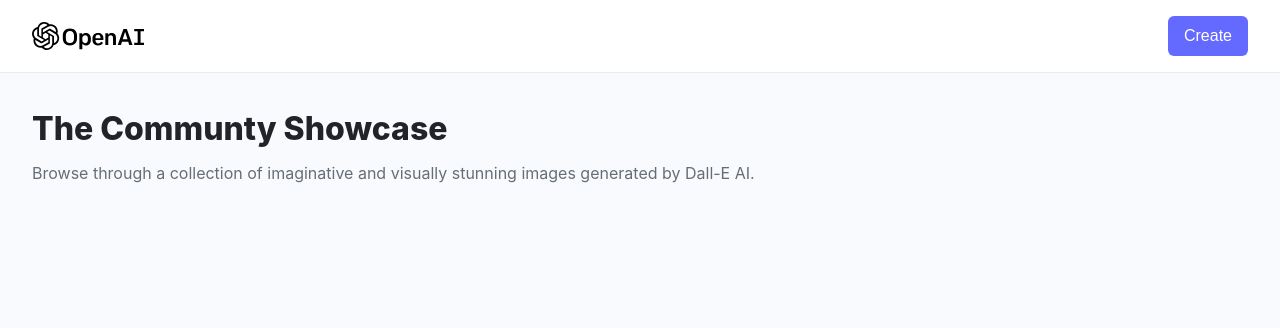
Repository: TheHumanistX/MERN-dall-e
Page: / (app in client/)
An editor plug-in stored every save of this project. The page is shown before and after the next save, followed by the edit.
The browser window is 1280 px wide. The pictures show the whole page.
Some web fonts or font styles are not loaded; a fallback is used. The project was rebuilt for these pictures with package versions that can differ from the ones it lists, and the page was loaded fresh each time. Also part of the build but not shown: client/vite.config.js, client/src/App.css, client/src/pages/CreatePost.jsx, client/src/components/Card.jsx.

Above is the page before, as saved 2023-08-11 13:15:24.

After the next save:
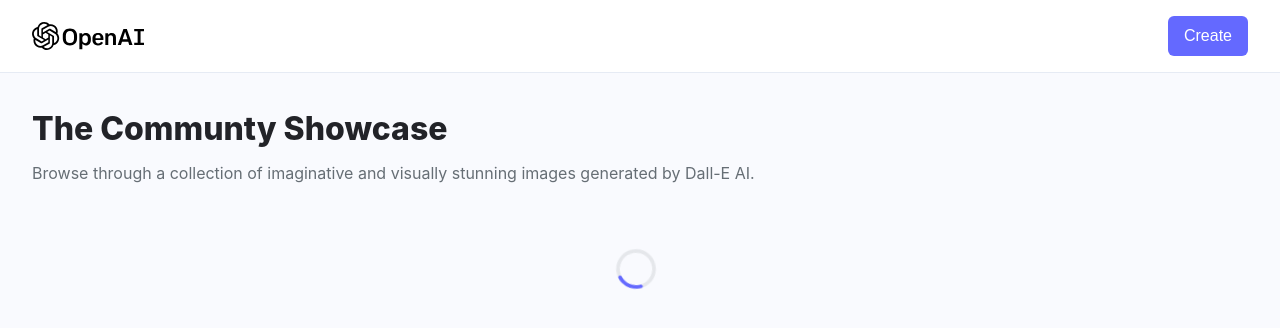
Saved 8 s later.
--- a/client/src/pages/Home.jsx
+++ b/client/src/pages/Home.jsx
@@ -4,7 +4,7 @@
 
 const Home = () => {
 
-    const [loading, setLoading] = useState(false)
+    const [loading, setLoading] = useState(true)
     const [allPosts, setAllPosts] = useState(null)
 
 

After the save that followed:
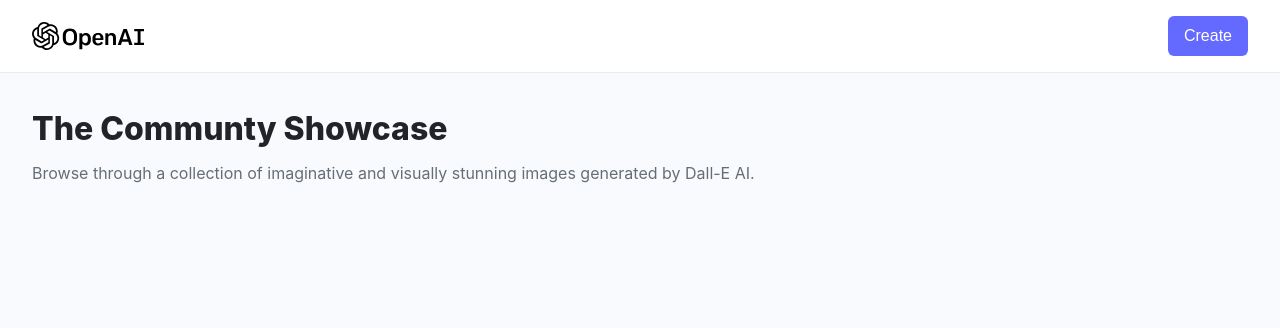
Saved 9 s later.
--- a/client/src/pages/Home.jsx
+++ b/client/src/pages/Home.jsx
@@ -4,7 +4,7 @@
 
 const Home = () => {
 
-    const [loading, setLoading] = useState(true)
+    const [loading, setLoading] = useState(false)
     const [allPosts, setAllPosts] = useState(null)
 
 
